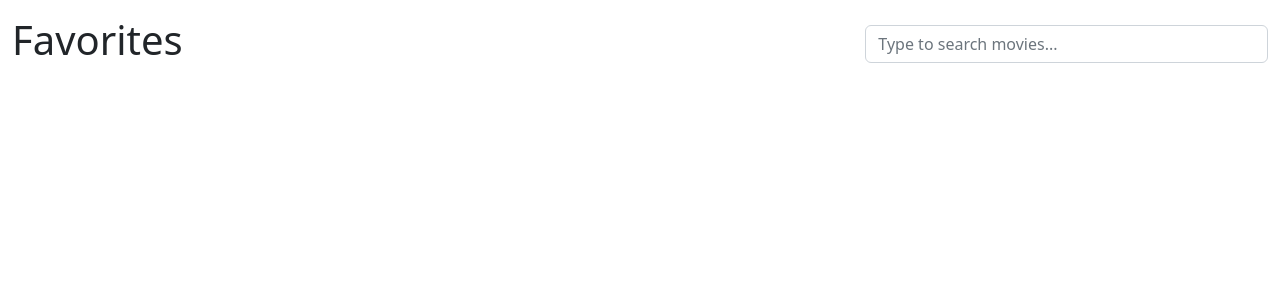
Repository: sandeepreddyvitta/react
Page: / (app in movieapp/)
An editor plug-in stored every save of this project. The page is shown before and after the next save, followed by the edit.
The browser window is 1280 px wide. The pictures show the whole page.
The page's requests for data from a server got no answer. The project was rebuilt for these pictures with package versions that can differ from the ones it lists, and the page was loaded fresh each time. No one was signed in, and anything a server would have sent is missing.

Above is the page before, as saved 2022-12-13 12:20:56.

### movieapp/public/index.html
<!DOCTYPE html>
<html lang="en">

<head>
  <meta charset="utf-8" />
  <link rel="icon" href="%PUBLIC_URL%/favicon.ico" />
  <meta name="viewport" content="width=device-width, initial-scale=1" />
  <meta name="theme-color" content="#000000" />
  <meta name="description" content="Web site created using create-react-app" />
  <link rel="apple-touch-icon" href="%PUBLIC_URL%/logo192.png" />
  <!--
      manifest.json provides metadata used when your web app is installed on a
      user's mobile device or desktop. See https://developers.google.com/web/fundamentals/web-app-manifest/
    -->
  <title>React App</title>
</head>

<body>
  <noscript>You need to enable JavaScript to run this app.</noscript>
  <div id="root"></div>

</body>

</html>

### movieapp/src/App.js

import axios from 'axios';
import './App.css'
import React, { useState, useEffect } from 'react'
import MovieList from './components/movie/MovieList';
import SearchBar from './components/movie/SearchBar';
import 'bootstrap/dist/css/bootstrap.min.css'
import MovieListHead from './components/movie/MovieListHead';

function App() {
  const [movies, setMovies] = useState([]);
  const [searchValue, setSearchValue] = useState("");
  useEffect(() => {
    const data = axios.get(`https://www.omdbapi.com/?s=star&apikey=d8df698c`);
    console.log(data);
  }, [])
  return (
    <div className='app'>
      <div className='container-fluid movie-app'>
        <div className='row d-flex align-items-center mt-3 mb-5'>
          <MovieListHead heading="Favorites" />
          <SearchBar searchValue={searchValue} setSearchValue={setSearchValue} />
        </div>
        <div className='row'>
          <MovieList movies={movies} />
        </div>
      </div>
    </div>
  );
}

export default App;

### movieapp/src/App.css
body {
  background:#141414;
  color:white
}
.movie-app > .row{
  overflow-x: auto;
  flex-wrap: nowrap;
}
.image-container{
  position: relative;
  transition:transform 0.2s;

}
.image-container:hover{
  cursor:pointer;
  transform:scale(1.1);
}

### movieapp/src/components/movie/MovieList.js
import React from 'react'

const MovieList = (props) => {
    return (
        <div>
            {
                props.movies.map((movie, index) => (
                    <div className='image-container d-flex justify-content-start m3'>
                        <img src={movie.Poster} alt='' />
                    </div>
                ))
            }
        </div>
    )
}

export default MovieList

### movieapp/src/components/movie/SearchBar.js
import React from 'react'

const SearchBar = (props) => {
    return (
        <div className='col col-sm-4'>
            <input type="text"
                className='form-control'
                value={props.searchValue}
                onChange={e => props.setSearchValue(e.target.value)}
                placeholder="Type to search movies..." />
        </div>
    )
}

export default SearchBar

### movieapp/src/components/movie/MovieListHead.js
import React from 'react'

const MovieListHead = (props) => {
    return (
        <div className='col'>
            <h1>{props.heading}</h1>
        </div>
    )
}

export default MovieListHead

Loaded but not shown: movieapp/src/index.js (common file); movieapp/src/index.css (common file)

After the next save:
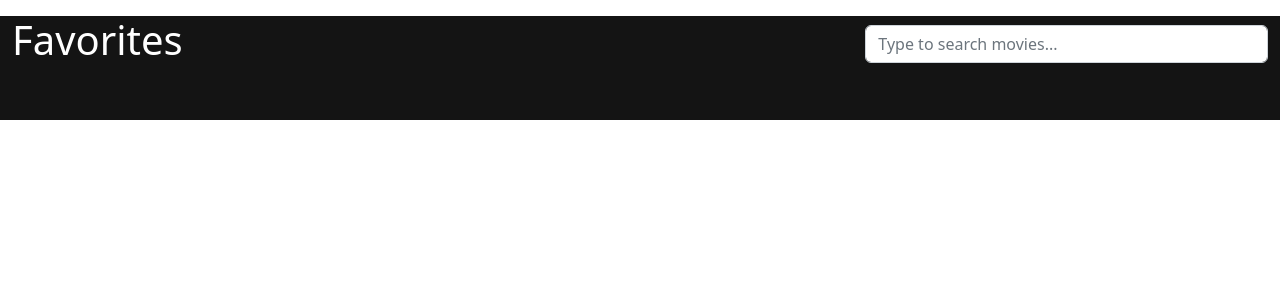
Saved 8 s later.
--- a/movieapp/src/App.css
+++ b/movieapp/src/App.css
@@ -1,4 +1,4 @@
-body {
+.app {
   background:#141414;
   color:white
 }
